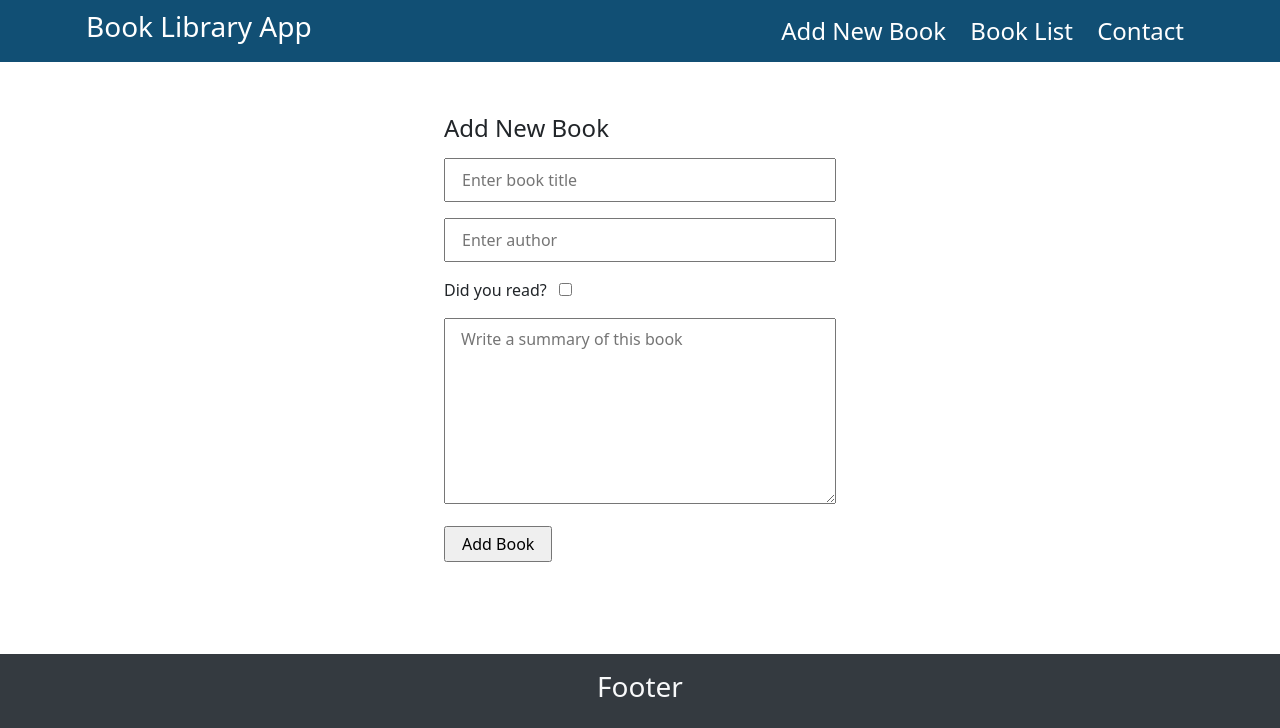
Repository: just-mann/booklibrary-app
Page: http://localhost/
These files come from the project's save history. The page is drawn as it stood at one moment and after the next save; the edit follows.
The browser window is 1280 px wide. The pictures show the whole page.
The page is served by the project's Node server (app.js).

Above is the page before, as saved 2021-06-06 04:49:11.

### views/index.ejs
<!DOCTYPE html>
<html lang="en">
<%- include('./partials/Header') %>
<body>
    <%- include('./partials/Navbar') %>
      <div class="container py-2 home">
        <div class=" p-5 p-xs-1 p-sm-1 p-md-1 py-2 px-0 mt-4 homeDiv">
          <form action="/books" method="POST" class="px-0 py-3">
            <h4>Add New Book</h4>
              <div class="my-3">
                <input class="px-3 py-2 title w-100" type="text" name="title" id="title" placeholder="Enter book title" required>
              </div>
              <div class="my-3">
                <input class="px-3 py-2 author w-100" type="text" name="author" id="author" placeholder="Enter author" required>
              </div>
              <div class="my-3">
                <label for="isRead" class="mr-2">Did you read?</label>
                <input class="px-3 py-2 isRead" type="checkbox" name="isRead" id="isRead">
              </div>
              <div class="my-3">
                <textarea class="px-3 py-2 isRead w-100" name="summary" id="summary" cols="30" rows="7" placeholder="Write a summary of this book" required></textarea>
              </div>
              <div class="my-3">
                <input class="px-3 py-1 submitBtn" type="submit" value="Add Book">
              </div>
          </form>
        </div>
      </div>
    <%- include('./partials/Footer') %>
</body>
</html>

### views/partials/Header.ejs
<head>
    <meta charset="UTF-8">
    <meta name="viewport" content="width=device-width, initial-scale=1.0">
    <title><%= title %></title>
    <link rel="stylesheet" href="https://stackpath.bootstrapcdn.com/bootstrap/5.0.0-alpha1/css/bootstrap.min.css" integrity="sha384-r4NyP46KrjDleawBgD5tp8Y7UzmLA05oM1iAEQ17CSuDqnUK2+k9luXQOfXJCJ4I" crossorigin="anonymous">
    <script src="https://cdn.jsdelivr.net/npm/popper.js@1.16.0/dist/umd/popper.min.js" integrity="sha384-Q6E9RHvbIyZFJoft+2mJbHaEWldlvI9IOYy5n3zV9zzTtmI3UksdQRVvoxMfooAo" crossorigin="anonymous"></script>
    <link rel="stylesheet" href="https://unpkg.com/aos@next/dist/aos.css" />
    <link rel="stylesheet" href="https://unpkg.com/aos@next/dist/aos.css" />
    <script src="https://stackpath.bootstrapcdn.com/bootstrap/5.0.0-alpha1/js/bootstrap.min.js" integrity="sha384-oesi62hOLfzrys4LxRF63OJCXdXDipiYWBnvTl9Y9/TRlw5xlKIEHpNyvvDShgf/" crossorigin="anonymous"></script>
    <link rel="stylesheet" href="/style.css">
  </head>

### views/partials/Navbar.ejs
<nav class="container-fluid sticky-top">
    <div class="container">
        <a href="/" class="logo"><h3>Book Library App</h3></a>
        <div class="nav__links">
            <a href="/">Add New Book</a>
            <a href="/booklist">Book List</a>
            <a href="/contact">Contact</a>
        </div>
    </div>
</nav>

### views/partials/Footer.ejs
<footer class="bg-dark py-3 text-light text-center">
    <script src="https://ajax.googleapis.com/ajax/libs/jquery/3.5.1/jquery.min.js"></script>
    <script src="/script.js"></script>
    <div class="container">
        <h3>Footer</h3>
    </div>
</footer>
<script src="https://unpkg.com/aos@next/dist/aos.js"></script>
<script>
  AOS.init();
</script>

### app.js
const express = require('express'); //import express package
const app = express(); //initialize the express app
const bodyParser = require('body-parser') //import body-parser to handle data from the form
const MongoClient = require('mongodb').MongoClient; //import the mongodbClient
const { ObjectId } = require('bson');
const dbName = 'myBookList';
const dbCollectionName = 'bookCollection';

const PORT = process.env.PORT || 5000;


// Configure the body-parser
app.use(bodyParser.urlencoded({ extended: true }));


// Make static files accessible
app.use(express.static('public'));


// Set View Engine
app.set('view engine', 'ejs');



// Connect to Database
const dbURI = 'mongodb+srv://bookUser:cUk4rECaXyAWsNz8@crud-tutorial.xd65d.mongodb.net/myBookList?retryWrites=true&w=majority';
MongoClient.connect(dbURI, { useUnifiedTopology: true })
    .then(client => {

        app.listen(PORT, () => {
            console.log(`App is now running on PORT ${PORT} and Database: ${dbName} is connected`)
        });

        const db = client.db(`${dbName}`);

        const myCollection = db.collection(`${dbCollectionName}`);

        app.post('/books', (req, res) => {
            myCollection.insertOne(req.body)
                .then(result => {
                    console.log('Item added to database...');
                })
                .catch(err => console.log(err));
            res.redirect('bookList');
        })

        app.get('/booklist', (req, res) => {
            myCollection.find().sort({_id: -1}).toArray()
                .then(result => {
                    res.render('bookList', { myList: result, title: "Book List" });
                })
                .catch(err => console.log(err));
        })


        app.get('/booklist/:id', (req, res) => {
            const id = req.params.id;
            myCollection.findOne({ _id: ObjectId(`${id}`)})
                .then(result => {
                    res.render('details', { singleBook: result, title: `Book Detail  -  ${result.title}` })
                })
                .catch(err => console.log(err));
        })


        app.delete('/booklist/:id', (req, res) => {
            const id = req.params.id;
            myCollection.deleteOne({_id: ObjectId(`${id}`)})
                .then(result => {
                    res.json({ redirect: '/booklist'})
                })
                .catch(err => console.log(err));
        })


        app.get('/', (req, res) => {
            res.render('index', { title: "Add New Book" });
        })


        app.get('/contact', (req, res) => {
            res.render('contact', { title: "Contact Me" });
        })

        app.use((req, res) => {
            res.status(404).render('404', { title: '404, Page Not Found'});
        })

    })
    .catch(err => console.log(err));

### public/style.css
* {
    padding: 0;
    margin: 0;
    box-sizing: border-box;
}
body {
    min-height: 100vh;
}

a {
    text-decoration: none;
}

nav {
    background-color: #114f74;
    padding: 10px 0px;
}

nav .container {
    display: flex;
    justify-content: space-between;
    align-items: center;
}

nav .container .logo h3 {
    color: #ffffff;
    font-weight: 350;
}

nav .container .nav__links {
    color: #ffffff;
}

nav .container .nav__links a {
    color: #ffffff;
    font-size: 1.5rem;
    padding: 10px 0px;
    margin: 0px 10px;
    font-weight: 300;
}

.nav__links a:hover {
    color: red;
}

.listDiv {
    display: flex;
    grid-template-columns: repeat(3, 1fr);
}

.list {
    max-width: 350px;
    min-height: 150px;
    margin: 0px 15px;
    background-color: #e2e2e2;
    border-left: 15px solid #41a1b9;
    opacity: 0.9;
    transition: opacity 0.6s;
}

.list:hover {
    opacity: 1;
}


/* Home Page */
.home {
    height: 82.3vh;
}

.home .homeDiv {
    /* background: yellow; */
    max-width: 400px;
    margin: 0 auto;
}



/* Book List Page */
.bookList {
    min-height: 81.3vh;
}






/* details page */
.details {
    height: 81.5vh;
}



.bookSummary {
    max-width: 500px;
    background: yellow;
}



/* Contact Page */
.contact {
    height: 82vh;
}

Loaded but not shown: public/script.js (no stored copy; drawn as an empty file)

After the next save:
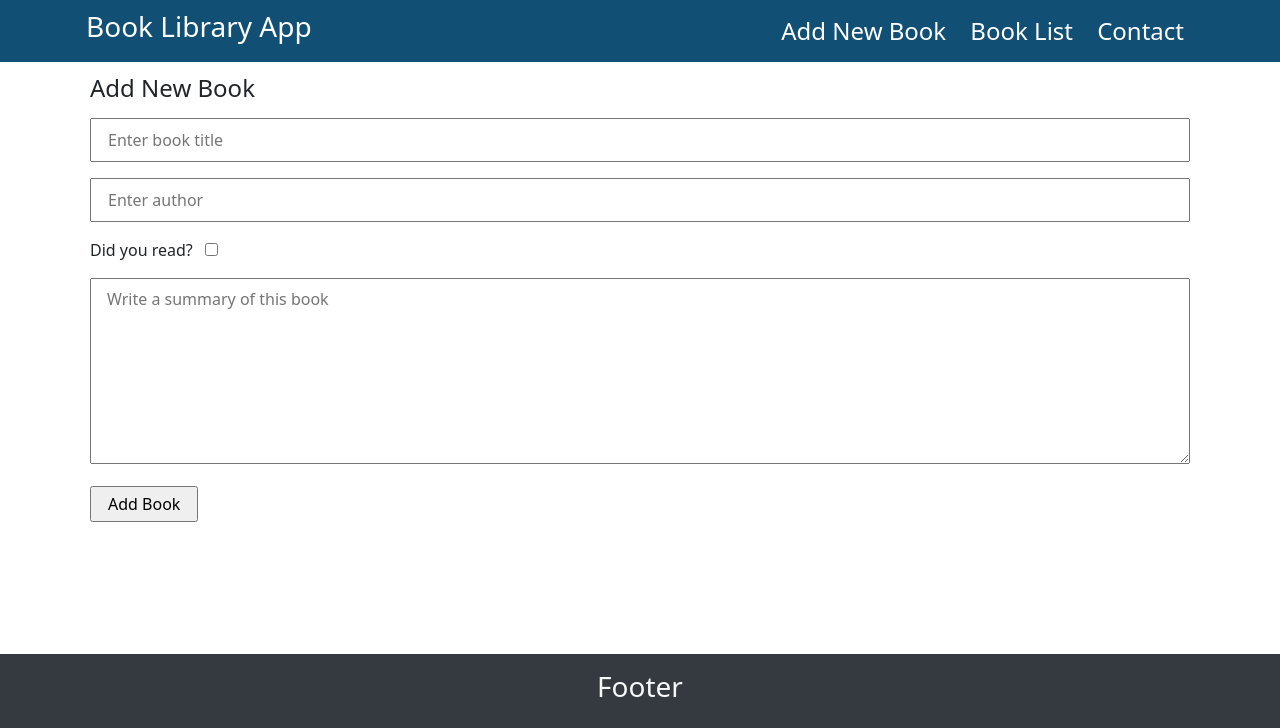
Saved 7 s later.
--- a/views/index.ejs
+++ b/views/index.ejs
@@ -4,8 +4,7 @@
 <body>
     <%- include('./partials/Navbar') %>
       <div class="container py-2 home">
-        <div class=" p-5 p-xs-1 p-sm-1 p-md-1 py-2 px-0 mt-4 homeDiv">
-          <form action="/books" method="POST" class="px-0 py-3">
+        <div class=" p-5 p-xs-1 p-sm-1 p-md-1 py-2 px-0 mt-45y-3">
             <h4>Add New Book</h4>
               <div class="my-3">
                 <input class="px-3 py-2 title w-100" type="text" name="title" id="title" placeholder="Enter book title" required>
